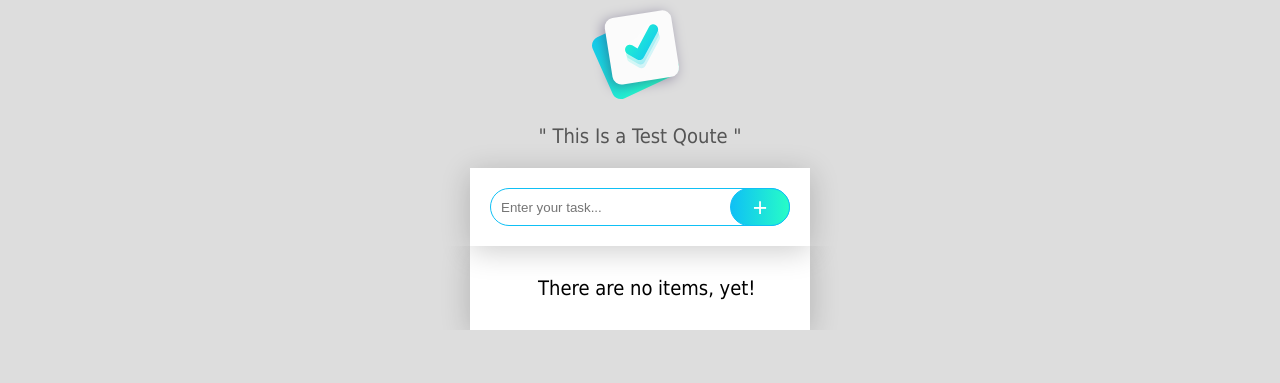
Repository: ahmedhamed15/React-Todo
Page: /
The author's editor kept a copy of each file at every save. The page is drawn from the files as they stood at one save, then again after the next save.
The browser window is 1280 px wide. The pictures show the whole page.
The project was rebuilt for these pictures with package versions that can differ from the ones it lists, and the page was loaded fresh each time. Also part of the build but not shown: src/components/Todos/TodoItem/index.js.

Above is the page before, as saved 2021-07-27 01:42:35.

### src/index.js
import React from 'react';
import ReactDOM from 'react-dom';
import './index.scss';
import App from './App';

ReactDOM.render(<App />,document.getElementById('root'));

### src/index.scss
html {
  background: #ddd;
  height: 100%;
  display: flex;
}
body {
  width: 100%;
  margin: auto;
  margin: 0;
  padding: 0;
  font-family: 'tahoma', arial;
}

### src/App.js
import MainLogo from "./components/MainLogo";
import Qoute from "./components/Qoute";
import TodoList from "./components/Todos/TodoList";

function App() {
  return (
    <section className="App">
      <MainLogo />
      <Qoute />
      <TodoList />
    </section>
  );
}

export default App;

### src/components/MainLogo/index.js
import "./style.scss"

const index = () => {
    return (
        <section className="main-logo">
            <svg width="100px" height="100px" viewBox="0 0 100 100" version="1.1" xmlns="http://www.w3.org/2000/svg" xmlnsXlink="http://www.w3.org/1999/xlink">
                <desc>Created with Sketch.</desc>
                <defs>
                <linearGradient x1="34.9523037%" y1="0%" x2="116.039609%" y2="115.484477%" id="linearGradient-1">
                    <stop stopColor="#27FDC7" offset="0%"></stop>
                    <stop stopColor="#0FC0F5" offset="100%"></stop>
                </linearGradient>
                <rect id="path-2" x="19.8783454" y="5.46149939" width="67.2578578" height="67.2008596" rx="8.99999976"></rect>
                <filter x="-35.7%" y="-28.3%" width="162.4%" height="162.5%" filterUnits="objectBoundingBox" id="filter-3">
                    <feOffset dx="-3" dy="2" in="SourceAlpha" result="shadowOffsetOuter1"></feOffset>
                    <feGaussianBlur stdDeviation="6.5" in="shadowOffsetOuter1" result="shadowBlurOuter1"></feGaussianBlur>
                    <feColorMatrix values="0 0 0 0 0.0296505968   0 0 0 0 0.0172602666   0 0 0 0 0.100446429  0 0 0 0.423177083 0" type="matrix" in="shadowBlurOuter1"></feColorMatrix>
                </filter>
                <linearGradient x1="0%" y1="0%" x2="115.291753%" y2="112.548614%" id="linearGradient-4">
                    <stop stopColor="#27FDC7" offset="0%"></stop>
                    <stop stopColor="#0FC0F5" offset="83.2001616%"></stop>
                    <stop stopColor="#27FDC7" offset="100%"></stop>
                </linearGradient>
                <path d="M40.2086259,6.21042694 C39.2480415,5.24152695 38.1027468,4.75708888 36.7727039,4.75708888 C35.4426658,4.75708888 34.3096854,5.24152695 33.3737297,6.21042694 L16.3049725,23.7622477 L12.0193093,19.3649757 C11.0833536,18.3960804 9.9503732,17.9116376 8.62033507,17.9116376 C7.29029269,17.9116376 6.14499751,18.3960804 5.1844131,19.3649757 C4.24845898,20.3338709 3.78048896,21.5077058 3.78048896,22.8865186 C3.78048896,24.2653314 4.24845898,25.4391663 5.1844131,26.4080615 L12.8690505,34.3082476 C13.8296349,35.2771428 14.9749296,35.7615833 16.3049725,35.7615833 C17.6350106,35.7615833 18.767991,35.2771428 19.7039467,34.3082476 L40.2086259,13.2535128 C41.1445816,12.2597758 41.61255,11.0797257 41.61255,9.71333379 C41.61255,8.34694665 41.1445816,7.17932216 40.2086259,6.21042694 Z" id="path-5"></path>
                <filter x="-51.5%" y="-62.9%" width="203.1%" height="225.8%" filterUnits="objectBoundingBox" id="filter-6">
                    <feOffset dx="0" dy="0" in="SourceAlpha" result="shadowOffsetOuter1"></feOffset>
                    <feGaussianBlur stdDeviation="6.5" in="shadowOffsetOuter1" result="shadowBlurOuter1"></feGaussianBlur>
                    <feColorMatrix values="0 0 0 0 1   0 0 0 0 1   0 0 0 0 1  0 0 0 0.588937953 0" type="matrix" in="shadowBlurOuter1"></feColorMatrix>
                </filter>
                </defs>
                <g id="Page-1" stroke="none" strokeWidth="1" fill="none" fillRule="evenodd">
                <g id="Artboard-2" transform="translate(-214.000000, -272.000000)">
                    <g id="Group-4" transform="translate(201.000000, 269.000000)">
                        <g id="Group-3" transform="translate(58.787474, 58.534712) rotate(-6.000000) translate(-58.787474, -58.534712) translate(5.642436, 5.434712)">
                            <g id="Group-2" transform="translate(52.899385, 53.035097) rotate(7.000000) translate(-52.899385, -53.035097) translate(5.609309, 5.785097)">
                            <path d="M20.0219734,15.1240886 L74.1829282,14.1930575 C79.1527566,14.1076258 83.2508546,18.0672116 83.3362864,23.03704 C83.3371726,23.0885978 83.3376158,23.1401624 83.3376158,23.1917278 L83.3376158,72.0429044 C83.3376158,76.9531616 79.4018358,80.9571794 74.4923039,81.0415747 L20.3313491,81.9726057 C15.3615207,82.0580374 11.2634227,78.0984516 11.1779909,73.1286232 C11.1771047,73.0770654 11.1766615,73.0255009 11.1766615,72.9739354 L11.1766615,24.1227589 C11.1766615,19.2125016 15.1124415,15.2084838 20.0219734,15.1240886 Z" id="Rectangle" fill="url(#linearGradient-1)" transform="translate(47.257139, 48.082832) scale(-1, -1) rotate(-25.000000) translate(-47.257139, -48.082832) "></path>
                            <g id="Rectangle" transform="translate(53.507274, 39.061929) rotate(-10.000000) translate(-53.507274, -39.061929) ">
                                <use fill="black" fillOpacity="1" filter="url(#filter-3)" xlinkHref="#path-2"></use>
                                <use fill="#FBFBFB" fillRule="evenodd" xlinkHref="#path-2"></use>
                            </g>
                            </g>
                        </g>
                        <g id="Group-5" transform="translate(43.000000, 26.000000)">
                            <path d="M41.1093892,10.5623533 C40.1488048,9.59345333 39.0035101,9.10901526 37.6734673,9.10901526 C36.3434291,9.10901526 35.2104488,9.59345333 34.274493,10.5623533 L17.2057358,28.1141741 L12.9200727,23.716902 C11.9841169,22.7480068 10.8511366,22.263564 9.52109843,22.263564 C8.19105605,22.263564 7.04576086,22.7480068 6.08517646,23.716902 C5.14922234,24.6857973 4.68125232,25.8596322 4.68125232,27.238445 C4.68125232,28.6172578 5.14922234,29.7910927 6.08517646,30.7599879 L13.7698139,38.660174 C14.7303983,39.6290692 15.875693,40.1135096 17.2057358,40.1135096 C18.535774,40.1135096 19.6687543,39.6290692 20.6047101,38.660174 L41.1093892,17.6054392 C42.045345,16.6117022 42.5133134,15.4316521 42.5133134,14.0652602 C42.5133134,12.698873 42.045345,11.5312485 41.1093892,10.5623533 Z" id="Page-1" fill="url(#linearGradient-4)" opacity="0.3" transform="translate(23.597283, 24.611262) rotate(-16.000000) translate(-23.597283, -24.611262) "></path>
                            <path d="M42.0101526,14.2623533 C41.0495682,13.2934533 39.9042735,12.8090153 38.5742306,12.8090153 C37.2441925,12.8090153 36.1112121,13.2934533 35.1752564,14.2623533 L18.1064992,31.8141741 L13.820836,27.416902 C12.8848803,26.4480068 11.7518999,25.963564 10.4218618,25.963564 C9.09181941,25.963564 7.94652422,26.4480068 6.98593982,27.416902 C6.78271177,27.6272827 6.60154798,27.8473258 6.4424483,28.0770317 C5.8688243,28.9052219 5.58201568,29.8590202 5.58201568,30.938445 C5.58201568,32.3172578 6.04998569,33.4910927 6.98593982,34.4599879 L14.6705772,42.360174 C15.6311616,43.3290692 16.7764563,43.8135096 18.1064992,43.8135096 C19.4365373,43.8135096 20.5695177,43.3290692 21.5054734,42.360174 L42.0101526,21.3054392 C42.9461083,20.3117022 43.4140767,19.1316521 43.4140767,17.7652602 C43.4140767,16.398873 42.9461083,15.2312485 42.0101526,14.2623533 Z" id="Page-1" fill="url(#linearGradient-4)" opacity="0.2" transform="translate(24.498046, 28.311262) rotate(-16.000000) translate(-24.498046, -28.311262) "></path>
                            <g id="Page-1" transform="translate(22.696519, 20.259336) rotate(-16.000000) translate(-22.696519, -20.259336) ">
                            <use fill="black" fillOpacity="1" filter="url(#filter-6)" xlinkHref="#path-5"></use>
                            <use fill="url(#linearGradient-4)" fillRule="evenodd" xlinkHref="#path-5"></use>
                            </g>
                        </g>
                    </g>
                </g>
                </g>
            </svg>
        </section>
    )
}

export default index

### src/components/Qoute/index.js
import "./style.scss"

const index = () => {
    return (
        <section className="qoute">
            <blockquote> This Is a Test Qoute </blockquote>
        </section>
    )
}

export default index

### src/components/Todos/TodoList/index.js
import React, {useState} from 'react';
import TodoItem from "../TodoItem";
import TodoFrom from "../TodoForm";
import "./style.scss"

const Index = () => {

    // Main State
    const [state, setState] = useState({
        tasks: localStorage.getItem('tasks') ? JSON.parse(localStorage.getItem('tasks')) : [],
        error: ''
    });

    // Add A New Item
    const addNewItem = (title) => {
        if (title.trim() !== '') {
            let newItems = {
                    id: Math.random(),
                    title,
                    done: false
                };
            setState({
                tasks: [...state.tasks, newItems],
                error: ''
            });
            localStorage.setItem('tasks', JSON.stringify([...state.tasks, newItems]));
        } else {
            setState({
                tasks: [...state.tasks],
                error: "You must add real value!"
            });
            localStorage.setItem('tasks', JSON.stringify([...state.tasks]));
        }
    }

    // Set Item State
    const setItemState = (id) => {
        let curItems = [...state.tasks],
            newItems = curItems.map( (item) => {
                if (item.id === id) {
                    item.done = !item.done;
                    return item;
                }
                return item;
            });
        setState({
            tasks: newItems,
            error: ''
        });
        localStorage.setItem('tasks', JSON.stringify(newItems));
    }

    // Delete an Item
    const deleteItem = (id) => {
        let curItems = [...state.tasks],
            newItems = curItems.filter( (item) => item.id !== id);
        setState({
            tasks: newItems,
            error: ''
        });
        localStorage.setItem('tasks', JSON.stringify(newItems));
    }

    return (
        <section className="todos-list">

            {/* General SVG code for checkbox */}
            <svg viewBox="0 0 0 0" style={ {position: 'absolute', zIndex: '-1', opacity: '0'} }>
                <defs>
                <linearGradient id="boxGradient" gradientUnits="userSpaceOnUse" x1="0" y1="0" x2="25" y2="25">
                    <stop offset="0%"   stopColor="#27FDC7"/>
                    <stop offset="100%" stopColor="#0FC0F5"/>
                </linearGradient>

                <linearGradient id="lineGradient">
                    <stop offset="0%"    stopColor="#0FC0F5"/>
                    <stop offset="100%"  stopColor="#27FDC7"/>
                </linearGradient>

                <path id="todo__line" stroke="url(#lineGradient)" d="M21 12.3h168v0.1z"></path>
                <path id="todo__box" stroke="url(#boxGradient)" d="M21 12.7v5c0 1.3-1 2.3-2.3 2.3H8.3C7 20 6 19 6 17.7V7.3C6 6 7 5 8.3 5h10.4C20 5 21 6 21 7.3v5.4"></path>
                <path id="todo__check" stroke="url(#boxGradient)" d="M10 13l2 2 5-5"></path>
                <circle id="todo__circle" cx="13.5" cy="12.5" r="10"></circle>
                </defs>
            </svg>


            {/* Todo From */}
            <TodoFrom addNewItem={addNewItem} errorMsg={state.error} />

            {/* Todos List */}
            <div className="wrapper-scrolled">
                <div className="todo-list">
                    {/* { state.error !== '' && (<div className="todo"> {state.error} </div>) } */}
                    { state.tasks.length > 0 ? state.tasks.map( (item) => <TodoItem key={item.id} task={item} setItemState={setItemState} deleteItem={deleteItem} /> ) : (<div className="todo"> There are no items, yet! </div>) }
                </div>
            </div>

        </section>
    )
}

export default Index

### src/components/MainLogo/style.scss
.main-logo {
    text-align: center;
}

### src/components/Qoute/style.scss
.qoute {
    text-align: center;
    blockquote {
        font: {
            size: 20px;
            family: 'tahoma', arial;
            weight: 500;
        }
        color: #555;
        &::after,
        &::before {
            content: ' " ';
        }
    }
}

### src/components/Todos/TodoForm/index.js
import React, {useState} from "react";
import "./style.scss";

const Index = ({ addNewItem, errorMsg }) => {

    // Init Value
    const [state, setState] = useState('');

    // Submit Handle
    const submitHandle = (e) => {
        e.preventDefault();
        addNewItem(e.target.title.value);
        setState('');
    }

    return (
        <form className="todo-form" onSubmit={submitHandle}>
            <input type="text" className="todo-form__input-type" name="title" placeholder="Enter your task..." onChange={(e) => setState(e.target.value)} value={state} />
            <button type="submit" className="todo-form__button-type"> + </button>
            {errorMsg !== '' && (<div className="error-message"> {errorMsg} </div>)}
        </form>
    )
}

export default Index

### src/components/Todos/TodoList/style.scss
.todo-list {
    background: #FFF;
    font-size: 20px;
    max-width: 15em;
    margin: auto;
    padding: 0.5em 1em;
    box-shadow: 0 5px 30px rgba(0, 0, 0, 0.2);
}
.wrapper-scrolled {
    max-height: 345px;
    overflow-y: auto;
    overflow-x: hidden;

}

### src/components/Todos/TodoItem/style.scss
  .todo {
    display: block;
    position: relative;
    padding: 1em 1em 1em 16%;
    margin: 0 auto;
    cursor: pointer;
  }
  .todo:last-child {
    border-bottom: none;
  }
  .todo__state {
    position: absolute;
    top: 0;
    left: 0;
    opacity: 0;
  }
  .todo__text {
    color: #135156;
    transition: all 0.4s linear 0.4s;
    padding-right: 20px;
  }
  .todo__icon {
    position: absolute;
    top: 0;
    bottom: 0;
    left: 0;
    width: 100%;
    height: auto;
    margin: auto;
    fill: none;
    stroke: #27FDC7;
    stroke-width: 2;
    stroke-linejoin: round;
    stroke-linecap: round;
    z-index: 999;
  }
  .todo__line,
  .todo__box,
  .todo__check {
    transition: stroke-dashoffset 0.8s cubic-bezier(0.9, 0, 0.5, 1);
  }
  .todo__circle {
    stroke: #27FDC7;
    stroke-dasharray: 1 6;
    stroke-width: 0;
    transform-origin: 13.5px 12.5px;
    transform: scale(0.4) rotate(0deg);
    -webkit-animation: none 0.8s linear;
            animation: none 0.8s linear;
  }
  @-webkit-keyframes explode {
    30% {
      stroke-width: 3;
      stroke-opacity: 1;
      transform: scale(0.8) rotate(40deg);
    }
    100% {
      stroke-width: 0;
      stroke-opacity: 0;
      transform: scale(1.1) rotate(60deg);
    }
  }
  @keyframes explode {
    30% {
      stroke-width: 3;
      stroke-opacity: 1;
      transform: scale(0.8) rotate(40deg);
    }
    100% {
      stroke-width: 0;
      stroke-opacity: 0;
      transform: scale(1.1) rotate(60deg);
    }
  }
  .todo__box {
    stroke-dasharray: 56.1053, 56.1053;
    stroke-dashoffset: 0;
    transition-delay: 0.16s;
  }
  .todo__check {
    stroke: #27FDC7;
    stroke-dasharray: 9.8995, 9.8995;
    stroke-dashoffset: 9.8995;
    transition-duration: 0.32s;
  }
  .todo__line {
    stroke-dasharray: 168, 1684;
    stroke-dashoffset: 168;
  }
  .todo__circle {
    -webkit-animation-delay: 0.56s;
            animation-delay: 0.56s;
    -webkit-animation-duration: 0.56s;
            animation-duration: 0.56s;
  }
  .todo__state:checked ~ .todo__text {
    transition-delay: 0s;
    color: #5EBEC1;
    opacity: 0.6;
  }
  .todo__state:checked ~ .todo__icon .todo__box {
    stroke-dashoffset: 56.1053;
    transition-delay: 0s;
  }
  .todo__state:checked ~ .todo__icon .todo__line {
    stroke-dashoffset: -8;
  }
  .todo__state:checked ~ .todo__icon .todo__check {
    stroke-dashoffset: 0;
    transition-delay: 0.48s;
  }
  .todo__state:checked ~ .todo__icon .todo__circle {
    -webkit-animation-name: explode;
            animation-name: explode;
  }
  .todo-item {
    position: relative;
    &:not(:last-child) {
      .todo {
        border-bottom: solid 1px #ddd;
      }
    }
  }
  .todo__delete-btn {
    color: red;
    font: {
      size: 19px;
      weight: bold
    };
    position: absolute;
    top: 50%;
    right: -33px;
    transform: translateY(-50%);
    background-image: linear-gradient(to right, #0FC0F5, #27FDC7);
    width: 25px;
    height: 25px;
    text-align: center;
    border-radius: 50%;
    cursor: pointer;
  }

### src/components/Todos/TodoForm/style.scss
.todo-form {
    background: #FFF;
    font-size: 20px;
    max-width: 15em;
    margin: auto;
    padding: 1em;
    box-shadow: 0 5px 30px rgba(0, 0, 0, 0.2);
    display: flex;
    position: relative;
    flex-wrap: wrap;
    .todo-form__input-type,
    .todo-form__button-type {
        height: 30px;
        border: 1px solid #0FC0F5;
    }
    .todo-form__input-type {
        width: 100%;
        padding: 3px 10px;
        border-radius: 30px;
        &:focus {
            outline: 0;
        }
    }
    .todo-form__button-type {
        border-radius: 30px;
        width: 60px;
        height: 38px;
        background: none;
        color: #FFF;
        cursor: pointer;
        position: absolute;
        right: 0.8em;
        background-image: linear-gradient(to right, #0FC0F5, #27FDC7);
        border: 1px solid #0FC0F5;
        top: 20px;
        font: {
            size: 25px;
        }
        &:focus {
            outline: 0;
        }
    }
}
.error-message {
    width: 100%;
    text-align: center;
    font-size: 15px;
    color: red;
    margin-top: 10px;
}

Loaded but not shown: public/index.html (common file)

After the next save:
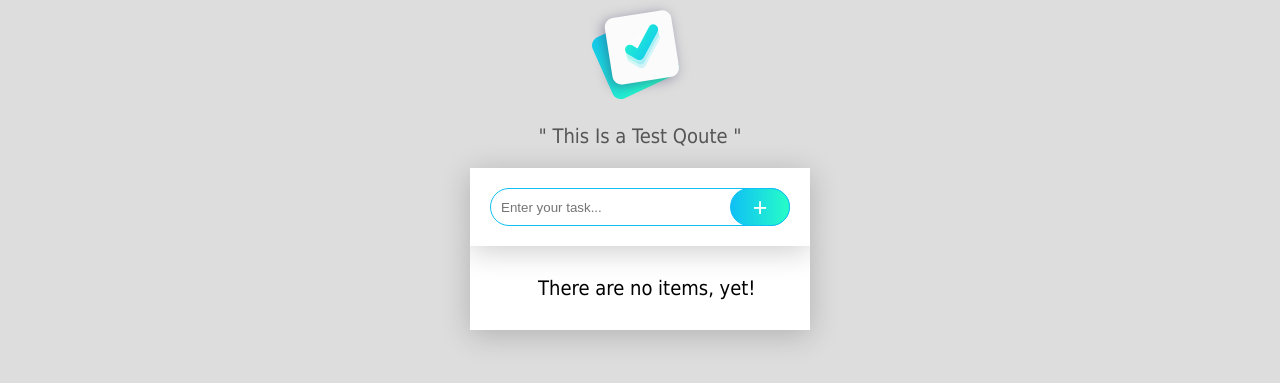
Saved 39 s later.
--- a/src/components/Todos/TodoList/style.scss
+++ b/src/components/Todos/TodoList/style.scss
@@ -6,9 +6,3 @@
     padding: 0.5em 1em;
     box-shadow: 0 5px 30px rgba(0, 0, 0, 0.2);
 }
-.wrapper-scrolled {
-    max-height: 345px;
-    overflow-y: auto;
-    overflow-x: hidden;
-
-}
